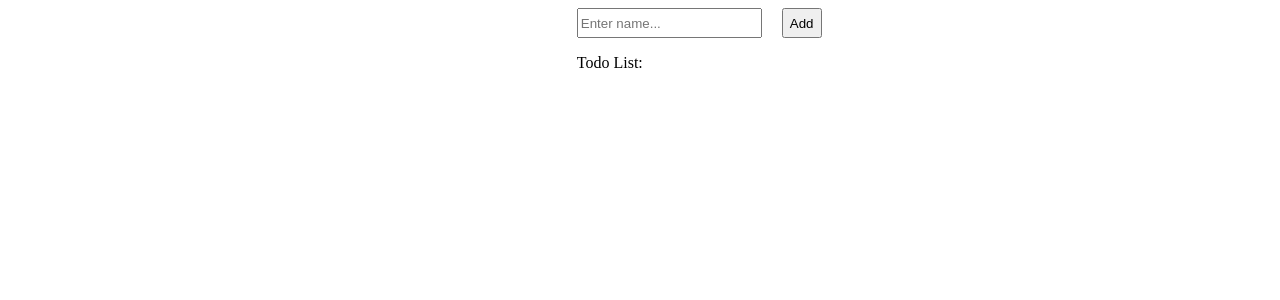
Repository: dohuuxuyen/redux-todolist
Page: /
An editor plug-in stored every save of this project. The page is shown before and after the next save, followed by the edit.
The browser window is 1280 px wide. The pictures show the whole page.
The project was rebuilt for these pictures with package versions that can differ from the ones it lists, and the page was loaded fresh each time. Also part of the build but not shown: src/App.css.

Above is the page before, as saved 2022-04-30 14:51:25.

### src/index.js
import React from "react";
import ReactDOM from "react-dom/client";
import { Provider } from "react-redux";
import App from "./App";
import store from "./redux/store";

const root = ReactDOM.createRoot(document.getElementById("root"));
root.render(
  <Provider store={store}>
    <App />
  </Provider>
);

### src/App.js
import "./App.css";
import Todos from "./components/Todos/Todos";

function App() {
  return (
    <div className="App">
      <Todos />
    </div>
  );
}

export default App;

### src/components/Todos/Todos.jsx
import React, { useRef, useState } from "react";
import { useDispatch, useSelector } from "react-redux";
import {
  addTodos,
  clearTodos,
  deleteTodos,
  setTodoInput,
  updateTodos,
} from "../../redux/actions";
import { todoInputSelector, todosSelector } from "../../redux/selector";

const Todos = () => {
  const [editTodoInput, setEditTodoInput] = useState(false);
  const [edit, setEdit] = useState("");
  const refTodoInput = useRef();
  const todoInput = useSelector(todoInputSelector);
  const todos = useSelector(todosSelector);
  const dispatch = useDispatch();
  console.log(todos);

  const handleTodoInputChange = (e) => {
    dispatch(setTodoInput(e.target.value));
  };

  const handleAdd = () => {
    if (todoInput) dispatch(addTodos(todoInput));
    dispatch(setTodoInput(""));
    refTodoInput.current.focus();
  };
  console.log(todoInput);

  const handleDelete = (index) => {
    dispatch(deleteTodos(index));
  };

  const handleClear = () => {
    dispatch(clearTodos());
  };

  const handleEdit = (todo, index) => {
    setEditTodoInput(true);
    dispatch(setTodoInput(todo));
    setEdit(index);
    refTodoInput.current.focus();
  };

  const handleUpdate = () => {
    setEditTodoInput(false);
    dispatch(
      updateTodos({
        index: edit,
        value: todoInput,
      })
    );
    dispatch(setTodoInput(""));
  };
  return (
    <div style={{ width: "300px", marginLeft: "45%" }}>
      <input
        style={{ height: "24px", marginRight: "20px" }}
        ref={refTodoInput}
        value={todoInput}
        type="text"
        placeholder="Enter name..."
        onChange={handleTodoInputChange}
      />
      {editTodoInput ? (
        <button style={{ height: "30px" }} onClick={handleUpdate}>
          Update
        </button>
      ) : (
        <button style={{ height: "30px" }} onClick={handleAdd}>
          Add
        </button>
      )}
      <p>Todo List: </p>
      <ul style={{ maxWidth: "300px", paddingLeft: 0 }}>
        {todos.map((todo, index) => (
          <li style={{ display: "flex", marginBottom: "20px" }} key={index}>
            <p
              style={{
                flex: "1",
                margin: "0",
                alignSelf: "center",
              }}
            >
              - {todo}
            </p>
            <button
              style={{ marginLeft: "20px", height: "30px" }}
              onClick={() => handleEdit(todo, index)}
            >
              Edit
            </button>
            <button
              style={{ marginLeft: "20px", height: "30px" }}
              onClick={() => handleDelete(index)}
            >
              Delete
            </button>
          </li>
        ))}
      </ul>
      {todos.length >= 2 && (
        <button style={{ height: "30px" }} onClick={handleClear}>
          Clear
        </button>
      )}
    </div>
  );
};

export default Todos;

### src/redux/reducer.js
import { combineReducers } from "redux";
import todosReducer from "../components/Todos/todosReducer";

const rootReducer = combineReducers({
  todos: todosReducer,
});

export default rootReducer;

### src/redux/actions.js
export const searchFilter = (payload) => {
  return {
    type: "Filter/SEARCH_FILTER",
    payload: payload,
  };
};

export const setTodoInput = (payload) => {
  return {
    type: "Todos/SET_TODO_INPUT",
    payload: payload,
  };
};

export const addTodos = (payload) => {
  return {
    type: "Todos/ADD_TODOS",
    payload: payload,
  };
};

export const deleteTodos = (payload) => {
  return {
    type: "Todos/DELETE_TODOS",
    payload: payload,
  };
};

export const clearTodos = (payload) => {
  return {
    type: "Todos/CLEAR_TODOS",
    payload: payload,
  };
};

export const updateTodos = (payload) => {
  return {
    type: "Todos/UPDATE_TODOS",
    payload: payload,
  };
};

### src/redux/selector.js
export const todoInputSelector = (state) => state.todos.todoInput;
export const todosSelector = (state) => state.todos.todos;

### src/components/Todos/todosReducer.js
const initialState = {
  todoInput: "",
  todos: [],
};

const todosReducer = (state = initialState, action) => {
  const newTodos = [...state.todos];
  switch (action.type) {
    case "Todos/SET_TODO_INPUT":
      return {
        ...state,
        todoInput: action.payload,
      };
    case "Todos/ADD_TODOS":
      return {
        ...state,
        todos: [...state.todos, action.payload],
      };
    case "Todos/DELETE_TODOS":
      return {
        ...state,
        todos: [
          ...state.todos.filter((todo, index) => index !== action.payload),
        ],
      };
    case "Todos/CLEAR_TODOS":
      return {
        ...state,
        todos: [],
      };
    case "Todos/UPDATE_TODOS":
      newTodos[action.payload.index] = action.payload.value;
      return {
        ...state,
        todos: newTodos,
      };
    default:
      return state;
  }
};

export default todosReducer;

Loaded but not shown: public/index.html (common file); src/redux/store.js (common file)

After the next save:
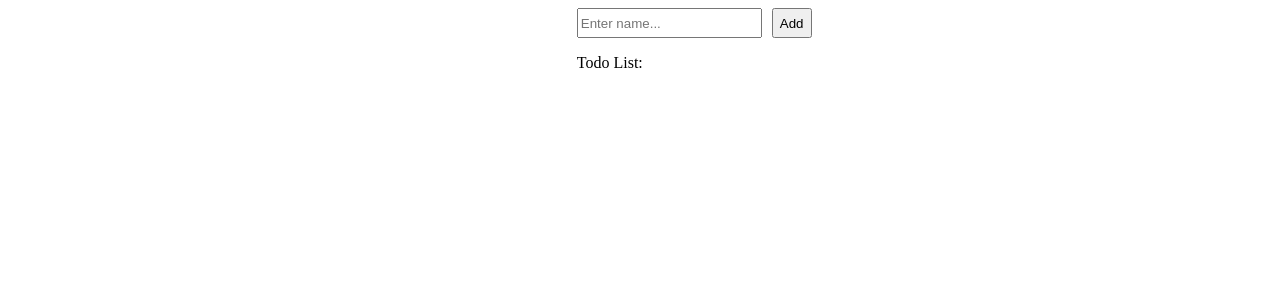
Saved 10 s later.
--- a/src/components/Todos/Todos.jsx
+++ b/src/components/Todos/Todos.jsx
@@ -57,7 +57,7 @@ const Todos = () => {
   return (
     <div style={{ width: "300px", marginLeft: "45%" }}>
       <input
-        style={{ height: "24px", marginRight: "20px" }}
+        style={{ height: "24px", marginRight: "10px" }}
         ref={refTodoInput}
         value={todoInput}
         type="text"
